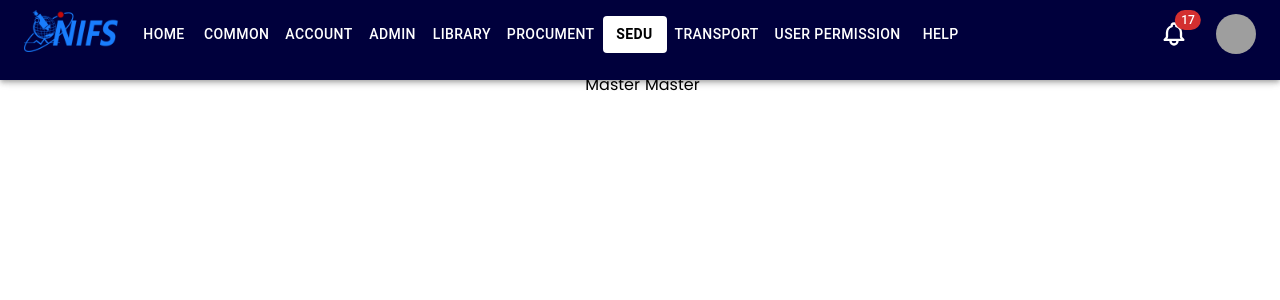
Repository: virangaj/NIFS-WebApp
Page: /sedu (app in client/)
The author's editor kept a copy of each file at every save. The page is drawn from the files as they stood at one save, then again after the next save.
The browser window is 1280 px wide. The pictures show the whole page.
Pictures or frames that could not be fetched are drawn as grey boxes. The project was rebuilt for these pictures with package versions that can differ from the ones it lists, and the page was loaded fresh each time. Also part of the build but not shown: client/src/pages/Login.tsx, client/src/pages/Home.tsx, client/src/components/Transport/shared/TransportNavbar.js, client/src/pages/TransportMainPage.tsx, client/src/pages/CommonMainPage.tsx, client/src/pages/AccountMainPage.tsx, client/src/pages/AdminMainPage.tsx, client/src/pages/LibraryMainPage.js and 4 more.

Above is the page before, as saved 2022-07-27 00:37:43.

### client/public/index.html
<!DOCTYPE html>
<html lang="en">
	<head>
		<meta charset="utf-8" />
		<link rel="icon" href="nifs_logo.png" />
		<meta name="viewport" content="width=device-width, initial-scale=1" />
		<meta name="theme-color" content="#000000" />
		<meta
			name="description"
			content="Web site created using create-react-app"
		/>
		<link rel="apple-touch-icon" href="%PUBLIC_URL%/logo192.png" />
		<!--
      manifest.json provides metadata used when your web app is installed on a
      user's mobile device or desktop. See https://developers.google.com/web/fundamentals/web-app-manifest/
    -->
		<link rel="manifest" href="%PUBLIC_URL%/manifest.json" />
		<!--
      Notice the use of %PUBLIC_URL% in the tags above.
      It will be replaced with the URL of the `public` folder during the build.
      Only files inside the `public` folder can be referenced from the HTML.

      Unlike "/favicon.ico" or "favicon.ico", "%PUBLIC_URL%/favicon.ico" will
      work correctly both with client-side routing and a non-root public URL.
      Learn how to configure a non-root public URL by running `npm run build`.
    -->
		<link
			href="https://fonts.googleapis.com/css?family=Poppins"
			rel="stylesheet"
		/>
		<title>NIFS Dashboard</title>
	</head>
	<body>
		<noscript>You need to enable JavaScript to run this app.</noscript>
		<div id="root"></div>
		<!--
      This HTML file is a template.
      If you open it directly in the browser, you will see an empty page.

      You can add webfonts, meta tags, or analytics to this file.
      The build step will place the bundled scripts into the <body> tag.

      To begin the development, run `npm start` or `yarn start`.
      To create a production bundle, use `npm run build` or `yarn build`.
    -->
	</body>
</html>

### client/src/index.css
* {
  margin: 0;
}

body {
  font-family: 'Poppins';
  -webkit-font-smoothing: antialiased;
  -moz-osx-font-smoothing: grayscale;
}

:root {
  --main-navbar-back: #00003c;

}


.nav-logo {
  width: 100px;
  height: auto;
}

/* main navbar */
.main-navbar {
  background-color: var(--main-navbar-back) !important;
  width: 100% !important;
  height: 80px !important;

}



/* secondary navbar */
.secondary-navbar {
  margin-top: 10vh !important;
  margin: auto;
}

.nav-flex-section {
  display: flex;
  justify-content: center;
}

.nav-flex-inside {
  margin-left: 5px;
  margin-left: 5px;
}

/* body content */
.body-content {
  margin: auto;
  width: 90%;
  margin-top: 10vh;

}

.sub-body-content {
  margin: auto;
  width: 90%;
  margin-top: 3vh;
}

### client/src/App.tsx
import React, { useEffect } from 'react';
import Navbar from './components/shared/Navbar';
import Login from './pages/Login'
import { BrowserRouter as Router, Route, Routes } from 'react-router-dom'
import Home from './pages/Home';
import TransportMainPage from './pages/TransportMainPage';
import CommonMainPage from './pages/CommonMainPage';
import AccountMainPage from './pages/AccountMainPage';
import AdminMainPage from './pages/AdminMainPage';
import LibraryMainPage from './pages/LibraryMainPage';
import ProcumentMainPage from './pages/ProcumentMainPage';
import SeduMainPage from './pages/SeduMainPage';
import UserPermissionMainPage from './pages/UserPermissionMainPage';
import NotificationMainPage from './pages/NotificationMainPage';
import HelpMainPage from './pages/HelpMainPage';

function App() {


  return (
    <Router>
      <Navbar />
      <Routes>

        <Route path="/login" element={<Login />} />
        <Route path="/" element={<Home />} />
        <Route path="/common/*" element={<CommonMainPage />} />
        <Route path="/account/*" element={<AccountMainPage />} />
        <Route path="/admin/*" element={<AdminMainPage />} />
        <Route path="/library/*" element={<LibraryMainPage />} />
        <Route path="/procument/*" element={<ProcumentMainPage />} />
        <Route path="/sedu/*" element={<SeduMainPage />} />
        <Route path="/transport/*" element={<TransportMainPage />} />
        <Route
          path="/user-permission/*"
          element={<UserPermissionMainPage />}
        />
        <Route
          path="/notification/*"
          element={<NotificationMainPage />}
        />
        <Route path="/help/*" element={<HelpMainPage />} />
      </Routes>


    </Router>
  );
}

export default App;

### client/src/components/shared/Navbar.tsx
import * as React from 'react';
import AppBar from '@mui/material/AppBar';
import Box from '@mui/material/Box';
import Toolbar from '@mui/material/Toolbar';
import IconButton from '@mui/material/IconButton';
import Typography from '@mui/material/Typography';
import Menu from '@mui/material/Menu';
import Container from '@mui/material/Container';
import Avatar from '@mui/material/Avatar';
import Button from '@mui/material/Button';
import Tooltip from '@mui/material/Tooltip';
import MenuItem from '@mui/material/MenuItem';
import { HiMenuAlt2, HiOutlineBell } from "react-icons/hi";
import Badge from '@mui/material/Badge';
import Logo from '../../images/nifs_logo.png'
import { Link, useLocation } from 'react-router-dom';
const pages = [
    {
        id: 0,
        title: 'Home',
        link: '/',
    },
    {
        id: 1,
        title: 'Common',
        link: '/common',
    },
    {
        id: 2,
        title: 'Account',
        link: '/account',
    },
    {
        id: 3,
        title: 'Admin',
        link: '/admin',
    },
    {
        id: 4,
        title: 'Library',
        link: '/library',
    },
    {
        id: 5,
        title: 'Procument',
        link: '/procument',
    },
    {
        id: 6,
        title: 'SEDU',
        link: '/sedu',
    },
    {
        id: 7,
        title: 'Transport',
        link: '/transport',
    },
    {
        id: 8,
        title: 'User Permission',
        link: '/user-permission',
    },
    // {
    //     id: 9,
    //     title: 'Notification',
    //     link: '/notification',
    // },
    {
        id: 10,
        title: 'Help',
        link: '/help',
    },
];
const settings = [
    {
        id: 0,
        title: 'Login',
        link: '/login',
    },
];
const Navbar = () => {

    const location: any = useLocation();
    console.log(location.pathname.split('/')[1])


    const [anchorElNav, setAnchorElNav] = React.useState<null | HTMLElement>(null);
    const [anchorElUser, setAnchorElUser] = React.useState<null | HTMLElement>(null);

    const handleOpenNavMenu = (event: React.MouseEvent<HTMLElement>) => {
        setAnchorElNav(event.currentTarget);
    };
    const handleOpenUserMenu = (event: React.MouseEvent<HTMLElement>) => {
        setAnchorElUser(event.currentTarget);
    };

    const handleCloseNavMenu = () => {
        setAnchorElNav(null);
    };

    const handleCloseUserMenu = () => {
        setAnchorElUser(null);
    };

    return (
        <AppBar position="fixed" className="main-navbar">
            <Container maxWidth="xl">
                <Toolbar disableGutters>
                    {/*Responsive view start here  */}
                    <Box sx={{ display: { xs: 'none', md: 'flex' }, mr: 1 }}>
                        <Link to='/'>
                            <img src={Logo} alt="logo" className="nav-logo" />
                        </Link>
                    </Box>


                    <Box sx={{ flexGrow: 1, display: { xs: 'flex', md: 'none' } }}>
                        <IconButton
                            size="large"
                            aria-label="account of current user"
                            aria-controls="menu-appbar"
                            aria-haspopup="true"
                            onClick={handleOpenNavMenu}
                            color="inherit"
                        >
                            <HiMenuAlt2 />
                        </IconButton>
                        <Menu
                            id="menu-appbar"
                            anchorEl={anchorElNav}
                            anchorOrigin={{
                                vertical: 'bottom',
                                horizontal: 'left',
                            }}
                            keepMounted
                            transformOrigin={{
                                vertical: 'top',
                                horizontal: 'left',
                            }}
                            open={Boolean(anchorElNav)}
                            onClose={handleCloseNavMenu}
                            sx={{
                                display: { xs: 'block', md: 'none' },
                            }}
                        >
                            {pages && pages.map((page) => (
                                location.pathname.split('/')[1] === page.link.split('/')[1] ?
                                    <Link to={page.link} style={{ textDecoration: 'none' }} >
                                        <Button
                                            key={page.id}
                                            onClick={handleCloseNavMenu}
                                            sx={{ my: 2, color: 'white', display: 'block' }}
                                            style={{ backgroundColor: '#000', color: '#fff', fontWeight: 700 }}
                                        >
                                            {page.title}
                                        </Button>
                                    </Link>
                                    :
                                    <Link to={page.link} style={{ textDecoration: 'none' }} >
                                        <Button
                                            key={page.id}
                                            onClick={handleCloseNavMenu}
                                            sx={{ my: 2, color: 'white', display: 'block' }}
                                            style={{ backgroundColor: '#fff', color: '#000' }}
                                        >
                                            {page.title}
                                        </Button>
                                    </Link>
                            ))}
                        </Menu>
                    </Box>
                    {/* Responsive view ends here */}

                    {/* Full width starts here */}
                    <Box
                        sx={{
                            mr: 2,
                            display: { xs: 'flex', md: 'none' },
                            flexGrow: 1,
                        }}
                    >
                        <Link to='/'>
                            <img src={Logo} alt="logo" className="nav-logo" />
                        </Link>
                    </Box>

                    <Box sx={{ flexGrow: 1, display: { xs: 'none', md: 'flex' } }}>
                        {pages.map((page) => (
                            location.pathname.split('/')[1] === page.link.split('/')[1] ?
                                <Link to={page.link} style={{ textDecoration: 'none' }} >
                                    <Button
                                        key={page.id}
                                        onClick={handleCloseNavMenu}
                                        sx={{ my: 2, color: 'white', display: 'block' }}
                                        style={{ backgroundColor: '#fff', color: '#000', fontWeight: 700 }}


                                    >
                                        {page.title}
                                    </Button>
                                </Link>
                                :
                                <Link to={page.link} style={{ textDecoration: 'none' }} >
                                    <Button
                                        key={page.id}
                                        onClick={handleCloseNavMenu}
                                        sx={{ my: 2, color: 'white', display: 'block' }}

                                    >
                                        {page.title}
                                    </Button>
                                </Link>
                        ))}
                    </Box>
                    <IconButton
                        size="large"
                        aria-label="show 17 new notifications"
                        color="inherit"
                        sx={{ mr: 2 }}
                    >
                        <Badge badgeContent={17} color="error">
                            <HiOutlineBell />
                        </Badge>
                    </IconButton>
                    <Box sx={{ flexGrow: 0 }}>
                        <Tooltip title="Open settings">
                            <IconButton onClick={handleOpenUserMenu} sx={{ p: 0 }}>
                                <Avatar alt="Remy Sharp" src="/static/images/avatar/2.jpg" />
                            </IconButton>
                        </Tooltip>
                        <Menu
                            sx={{ mt: '45px' }}
                            id="menu-appbar"
                            anchorEl={anchorElUser}
                            anchorOrigin={{
                                vertical: 'top',
                                horizontal: 'right',
                            }}
                            keepMounted
                            transformOrigin={{
                                vertical: 'top',
                                horizontal: 'right',
                            }}
                            open={Boolean(anchorElUser)}
                            onClose={handleCloseUserMenu}
                        >
                            {settings && settings.map((setting) => (
                                <MenuItem key={setting.id} onClick={handleCloseUserMenu}>
                                    <Typography textAlign="center">{setting.title}</Typography>
                                </MenuItem>
                            ))}
                        </Menu>
                    </Box>
                </Toolbar>
            </Container>
        </AppBar>
    );
};
export default Navbar;

### client/src/pages/SeduMainPage.tsx
import React from 'react';
import { Route, Routes } from 'react-router-dom';
import SeduSecondaryNavbar from '../components/sedu/SeduSecondaryNavbar';
import SecondaryNavbar from '../components/shared/SecondaryNavbar';


// sedu main page where all other section of sedu department can be access from here
function SeduMainPage() {

	return <div>
		<SeduSecondaryNavbar />
		<div className="sub-body-content">
			<Routes>
				{/* <Route path="/" element={<NewRequest />} />
					<Route path="/recommend" element={<RecommendedRequest />} />
					<Route path="/approve" element={<ApproveRequest />} /> */}
			</Routes>
		</div>
	</div>;
}

export default SeduMainPage;

### client/src/components/sedu/SeduSecondaryNavbar.tsx
import { Box } from '@mui/material'
import React from 'react'

import { FaArtstation, FaApple, FaAppStoreIos } from "react-icons/fa";
function SeduSecondaryNavbar() {

    return (
        <Box sx={{ width: '90%' }} className="secondary-navbar nav-flex-section">
            <div className='nav-flex-inside'>
                Master
            </div>
            <div className='nav-flex-inside'>
                Master
            </div>
        </Box>
    )
}

export default SeduSecondaryNavbar

Loaded but not shown: client/src/index.tsx (common file); client/src/reportWebVitals.ts (common file)

After the next save:
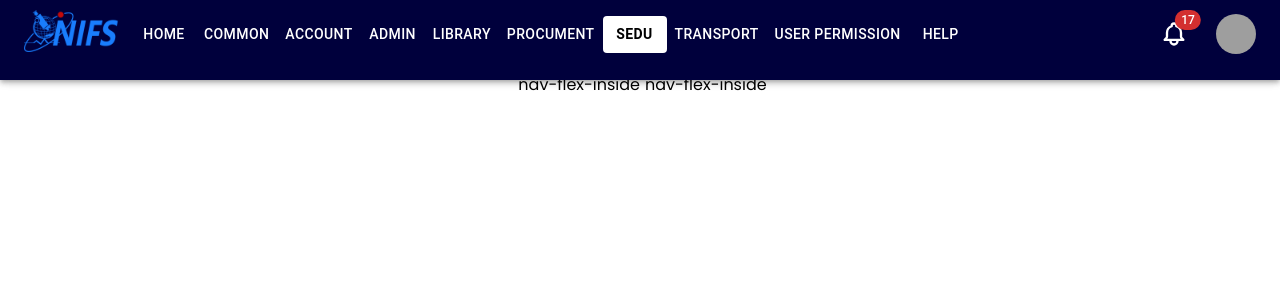
Saved 11 s later.
--- a/client/src/components/sedu/SeduSecondaryNavbar.tsx
+++ b/client/src/components/sedu/SeduSecondaryNavbar.tsx
@@ -7,10 +7,10 @@ function SeduSecondaryNavbar() {
     return (
         <Box sx={{ width: '90%' }} className="secondary-navbar nav-flex-section">
             <div className='nav-flex-inside'>
-                Master
+                <p>nav-flex-inside</p>
             </div>
             <div className='nav-flex-inside'>
-                Master
+                <p>nav-flex-inside</p>
             </div>
         </Box>
     )

After the save that followed:
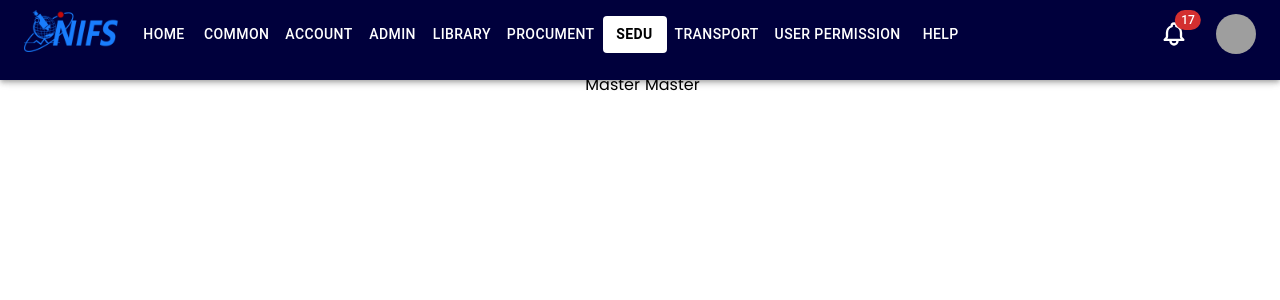
Saved 4 s later.
--- a/client/src/components/sedu/SeduSecondaryNavbar.tsx
+++ b/client/src/components/sedu/SeduSecondaryNavbar.tsx
@@ -7,10 +7,10 @@ function SeduSecondaryNavbar() {
     return (
         <Box sx={{ width: '90%' }} className="secondary-navbar nav-flex-section">
             <div className='nav-flex-inside'>
-                <p>nav-flex-inside</p>
+                <p>Master</p>
             </div>
             <div className='nav-flex-inside'>
-                <p>nav-flex-inside</p>
+                <p>Master</p>
             </div>
         </Box>
     )
